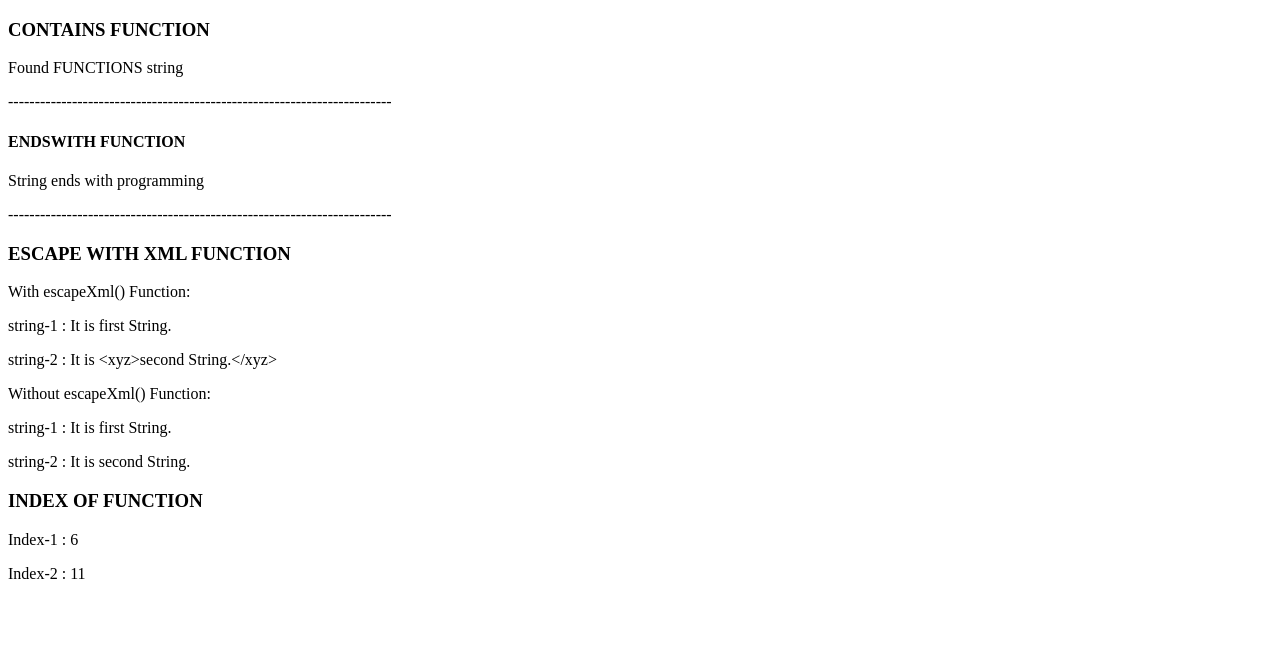
Repository: Siddhant1401/Aurionpro-J2EE
Page: http://localhost/04-JSTL-Tags/JSTLFunctions.jsp
An editor plug-in stored every save of this project. The page is shown before and after the next save, followed by the edit.
The browser window is 1280 px wide. The pictures show the whole page.
The page is served by Tomcat 9. Other server files are loaded and not shown.

Above is the page before, as saved 2023-10-13 04:58:21.

### 04-JSTL-Tags/WebContent/JSTLFunctions.jsp
<%@ page language="java" contentType="text/html; charset=ISO-8859-1"
	pageEncoding="ISO-8859-1"%>
<%@ taglib uri="http://java.sun.com/jsp/jstl/core" prefix="c"%>
<%@ taglib uri="http://java.sun.com/jsp/jstl/functions" prefix="fn"%>
<!DOCTYPE html PUBLIC "-//W3C//DTD HTML 4.01 Transitional//EN" "http://www.w3.org/TR/html4/loose.dtd">
<html>
<head>
<meta http-equiv="Content-Type" content="text/html; charset=ISO-8859-1">
<title>JSTL FUNCTIONS</title>
</head>
<body>

	<h3>CONTAINS FUNCTION</h3>
	<c:set var="String" value="Welcome to JSTL FUNCTIONS" />

	<c:if test="${fn:contains(String, 'FUNCTIONS')}">
		<p>Found FUNCTIONS string
		<p>
	</c:if>

	<c:if test="${fn:contains(String, 'functions')}">
		<p>Found functions string</p>
	</c:if>

	<p>------------------------------------------------------------------------</p>

	<h4>ENDSWITH FUNCTION</h4>
	<c:set var="String" value="Welcome to JSP programming" />

	<c:if test="${fn:endsWith(String, 'programming')}">
		<p>String ends with programming
		<p>
	</c:if>

	<c:if test="${fn:endsWith(String, 'JSP')}">
		<p>String ends with JSP
		<p>
	</c:if>

	<p>------------------------------------------------------------------------</p>

	<h3>ESCAPE WITH XML FUNCTION</h3>
	<c:set var="string1" value="It is first String." />
	<c:set var="string2" value="It is <xyz>second String.</xyz>" />

	<p>With escapeXml() Function:</p>
	<p>string-1 : ${fn:escapeXml(string1)}</p>
	<p>string-2 : ${fn:escapeXml(string2)}</p>

	<p>Without escapeXml() Function:</p>
	<p>string-1 : ${string1}</p>
	<p>string-2 : ${string2}</p>

	<!-- -------------------------------------------- ----------------------------->
	<h3>INDEX OF FUNCTION</h3>
	<c:set var="string1" value="It is first String." />
	<c:set var="string2" value="It is <xyz>second String.</xyz>" />

	<p>Index-1 : ${fn:indexOf(string1, "first")}</p>
	<p>Index-2 : ${fn:indexOf(string2, "second")}</p>
</body>
</html>

After the next save:
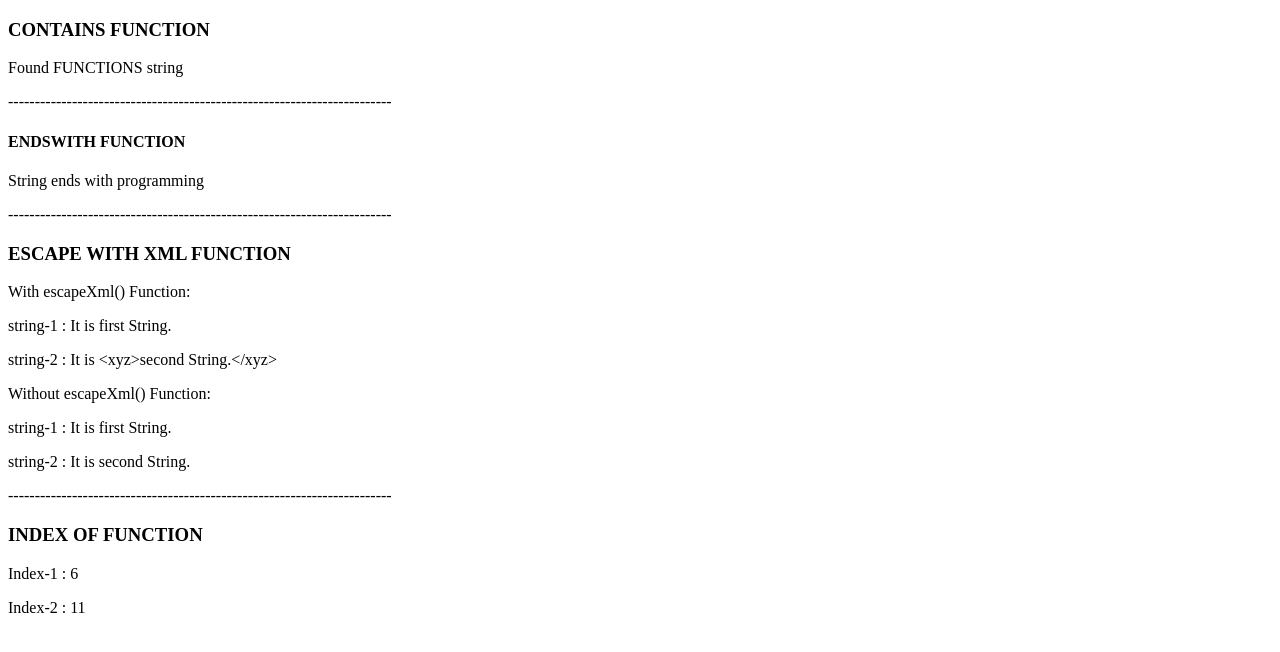
Saved 17 s later.
--- a/04-JSTL-Tags/WebContent/JSTLFunctions.jsp
+++ b/04-JSTL-Tags/WebContent/JSTLFunctions.jsp
@@ -51,7 +51,8 @@
 	<p>string-1 : ${string1}</p>
 	<p>string-2 : ${string2}</p>
 
-	<!-- -------------------------------------------- ----------------------------->
+	<p>------------------------------------------------------------------------</p>
+
 	<h3>INDEX OF FUNCTION</h3>
 	<c:set var="string1" value="It is first String." />
 	<c:set var="string2" value="It is <xyz>second String.</xyz>" />
